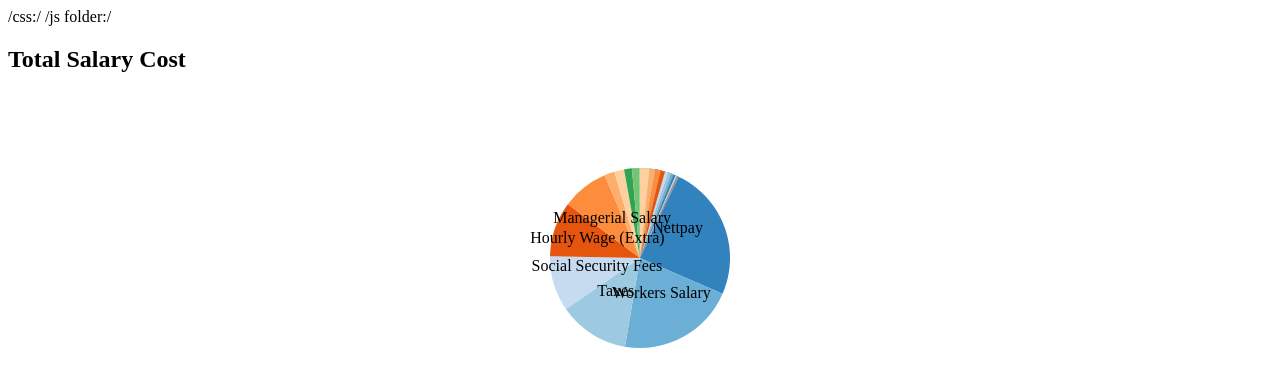
Repository: Code-Institute-Submissions/danfiliphoff-Milestoneproject-2
Page: index.html
The author's editor kept a record of every edit. The page is drawn from the files as they stood at one moment, then again after the next edit.
The browser window is 1280 px wide. The pictures show the whole page.

Above is the page before.

After the next edit:
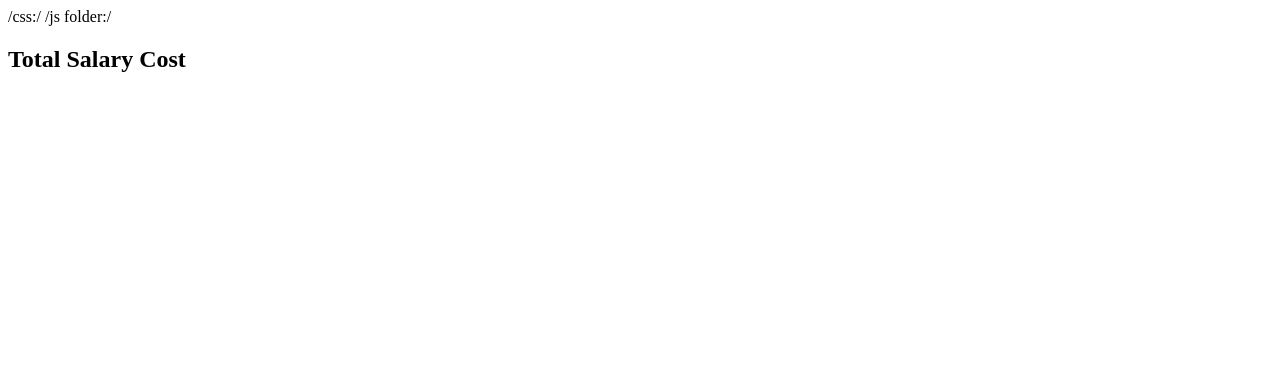
Console error: ReferenceError: name_dim is not defined
The edit:
--- a/static/js/graphs.js
+++ b/static/js/graphs.js
@@ -7,8 +7,8 @@
 function makeGraphs(error, payrollData) {
     var ndx = crossfilter(payrollData);
 
-    var name_dim = ndx.dimension(dc.pluck('Type'));
-    var total_cost_pie_chart =name_dim.group().reduceSum(dc.pluck('Sum'));
+    var type_dim = ndx.dimension(dc.pluck('Type'));
+    var total_cost_pie_chart = type_dim.group().reduceSum(dc.pluck('Sum'));
 
     dc.pieChart('#total-cost-pie-chart')
         .height(330)

After the edit that followed:
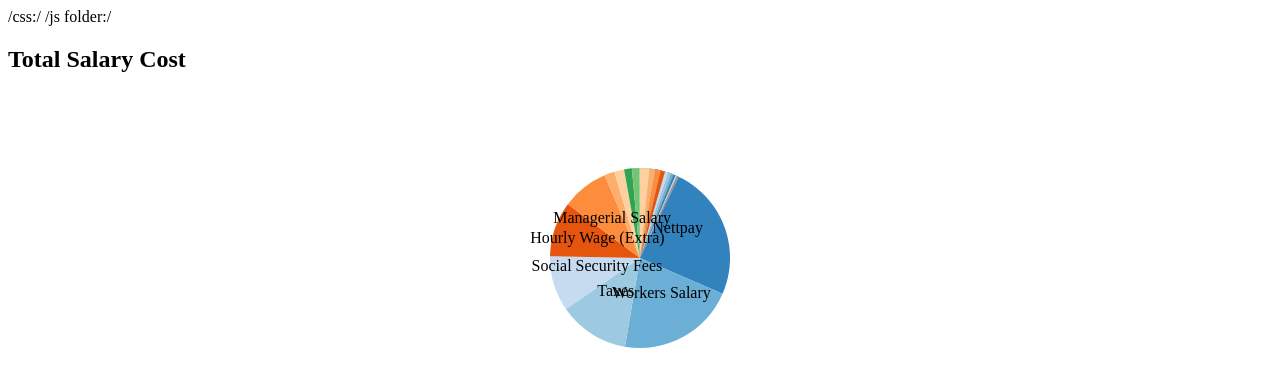
The error is gone.
The edit:
--- a/static/js/graphs.js
+++ b/static/js/graphs.js
@@ -14,7 +14,7 @@
         .height(330)
         .radius(90)
         .transitionDuration(1500)
-        .dimension(name_dim)
+        .dimension(type_dim)
         .group(total_cost_pie_chart);
 
     dc.renderAll();
